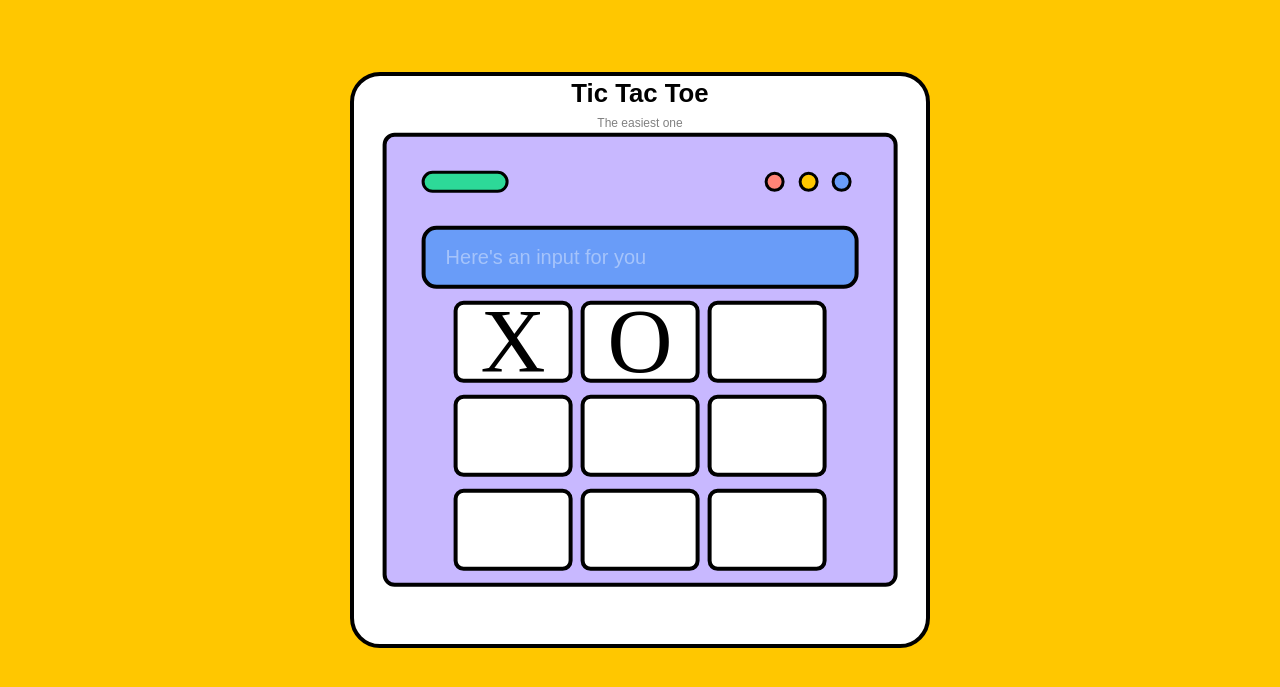
Repository: ThisIsSahaj/Js-Projects
Page: TIcTacToe/index.html
These files come from the project's save history. The page is drawn as it stood at one moment and after the next save; the edit follows.
The browser window is 1280 px wide. The pictures show the whole page.

Above is the page before, as saved 2024-05-04 10:13:14.

### TIcTacToe/index.html
<!DOCTYPE html>
<html lang="en">
<head>
    <meta charset="UTF-8">
    <meta http-equiv="X-UA-Compatible" content="IE=edge">
    <meta name="viewport" content="width=device-width, initial-scale=1.0">
    <title>Tic Tac Toe</title>
    <link rel="stylesheet" href="style.css">
    <link rel="stylesheet" href="https://cdnjs.cloudflare.com/ajax/libs/font-awesome/6.0.0/css/all.min.css" integrity="sha512-9usAa10IRO0HhonpyAIVpjrylPvoDwiPUiKdWk5t3PyolY1cOd4DSE0Ga+ri4AuTroPR5aQvXU9xC6qOPnzFeg==" crossorigin="anonymous" referrerpolicy="no-referrer" />

</head>
<body>


        <div class="phoneUi">

            <div class="notch">
              <h3>Tic Tac Toe</h3>
              <p>The easiest one</p>
            </div>

            <div class="screen" >

                <div class="screenHeader" >

                    <div class="greenBars">

                        <span  style="background-color: #2DD998;"></span>
                        <!-- <span  style="background-color: #FFC700;"></span>
                        <span  style="background-color: #FFC700;"></span> -->
                    </div>

                    <div class="circleDiv">
                       <span  style=" background-color: #FF8477;" ></span>
                       <span  style=" background-color: #FFC700;" ></span>
                       <span  style=" background-color: #699CF8;" ></span>
                    </div>

                </div>

                <div class="inputDiv">
                      <input type="text" placeholder="Here's an input for you" id="input" >
                </div>

                <div class="content scrollbar">
                    <div class="gameBox">
                       <button class="cell">X</button>
                       <button class="cell">O</button>
                       <button class="cell"></button>
                       <button class="cell"></button>
                       <button class="cell"></button>
                       <button class="cell"></button>
                       <button class="cell"></button>
                       <button class="cell"></button>
                       <button class="cell"></button>
                    </div>
                </div>

            </div>

        </div>
</body>

<script src="script.js"></script>
</html>

### TIcTacToe/style.css
/* COLOR PALETTE */

/*

yellow    #FFC700
red       #FF8477
green     #2DD998
blue      #699CF8
purple    #C8B8FF
orange    #EF4F1E

*/



*{
    margin: 0;
    padding: 0;
    box-sizing: border-box;
    outline: none;
    font-family: 'whyte', Arial, Helvetica, sans-serif;
}

body{
    background-color: #FFC700;
    display: flex;
    flex-wrap: wrap;
}



/* CURSORS */
html{
    cursor: url('/assets/images/PointerBody.png'), auto;
}

 button {
    cursor: url('/assets/images/PointerHover.png'), auto;
}

.notch p, h3, input {
    cursor: url('/assets/images/PointerText.png'), auto;

}





/* PHONE UI */
.phoneUi{
    border: 4px solid black;
    width: 580px;
    height: 80%;
    border-radius: 30px;
    background-color: white;
    position: absolute;
    top: 50%;
    left: 50%;
    transform: translate(-50%,-50%);
    text-align: center;
}

.notch{
    width: 100%;
    height: 10%;
    color: black;
    display: flex;
    flex-direction: column;
    align-items: center;
    justify-content: center;
    font-size: 22px;
    gap: 8px;
}

.notch p {
    color: grey;
    font-size: 12px;
}







/* SCREEN */
.screen{
    width: 90%;
    height: 80%;
    padding: 0px 35px;
    position: absolute;
    top: 50%;
    left: 50%;
    transform: translate(-50%,-50%);
    background-color: #C8B8FF;
    border: 4px solid black;
    color: black;
    border-radius: 12px;
    font-weight: bold;
}

.screenHeader {
    /* border: 2px solid green; */
    display: flex;
    justify-content: space-between;
    align-items: center;
    height: 20%;
}


.greenBars{
    width: 40%;
    display: flex;
    justify-content: start;
    gap: 10px;
}

.greenBars span {
    border-radius: 12px;
    border: 3px solid black;
    width: 50%;
    height: 22px;
 }

.circleDiv {
    display: flex;
    justify-content: space-around;
    width: 100px;
}

.circleDiv span {
    width: 20px;
    height: 20px;
    border-radius: 12px;
    border: 3px solid black;
}





/* INPUT FIELD */

.inputDiv{
    /* border: 2px solid green; */
    height: 14%;
}

input{
    width: 100%;
    height: 100%;
    border-radius: 15px;
    color: black;
    padding: 20px;
    font-size: 20px;
    background-color: #699CF8;
    border: 4px solid black;
}
::placeholder {
    color: white;
    opacity: 0.4;
  }





/* MAIN CONTENT */
.content{
    /* border: 2px solid green; */
    width: 100%;
    overflow: auto;
    height: 66%;
    padding: 0px 10px;
}

.gameBox{
    width: 100%;
    height: 100%;
    /* border: 2px solid green; */
    padding: 10px;
    display: flex;
    justify-content: center;
    align-items: center;
    flex-wrap: wrap;
    gap: 8px;

}
.cell{
    width: 30%;
    height: 30%;
    border: 4px solid black;
    background-color: white;
    border-radius: 10px;
    font-size: 90px;
    display: flex;
    justify-content: center;
    align-items: center;
    font-family: cursive
}





/* SCROLLBAR */
.scrollbar::-webkit-scrollbar {
    width: 12px;
}

.scrollbar::-webkit-scrollbar-track {
    background-color: transparent;
    border-radius: 8px;
}

.scrollbar::-webkit-scrollbar-thumb {
    background-color: white;
    border: 2px solid black;
    border-radius: 8px;
}






/* CLASSES HANDLED BY JS */

.error{
    animation: shake 0.1s linear 4;
}
@keyframes shake {
    0%{
        transform: translateX(0);
    }
    25%{
        transform: translateX(-2px);
    }
    50%{
        transform: translateX(0);
    }
    75%{
        transform: translateX(2px);
    }
    100%{
        transform: translateX(0);
    }
}






/* RESPONSIVE  */


@media (max-width: 648px)
{
    .phoneUi{
        width: 440px;
    }

}


@media (max-width: 475px)
{
    .screen{
        padding: 0px 10px;
    }
    .phoneUi{
        width: 340px;
    }
    .notch{
        font-size: 18px;
    }
    .notch p {
        color: grey;
        font-size: 10px;
    }

}

@media (max-height: 500px)
{
    .notch h3 {
        font-size: 14px;
    }
}

### TIcTacToe/script.js
const cells = document.querySelectorAll('.cell');

const winCombinations = [
    [0, 1, 2],
    [0, 3, 6],
    [0, 4, 8],
    [1, 4, 7],
    [2, 5, 8],
    [2, 4, 6],
    [3, 4, 5],
    [6, 7, 8],
];

const handleClick = (cell) => {
    console.log('clicked');
    cell.innerText = 'X'

}


cells.forEach((cell)=>{
    cell.addEventListener('click', handleClick);
})

After the next save:
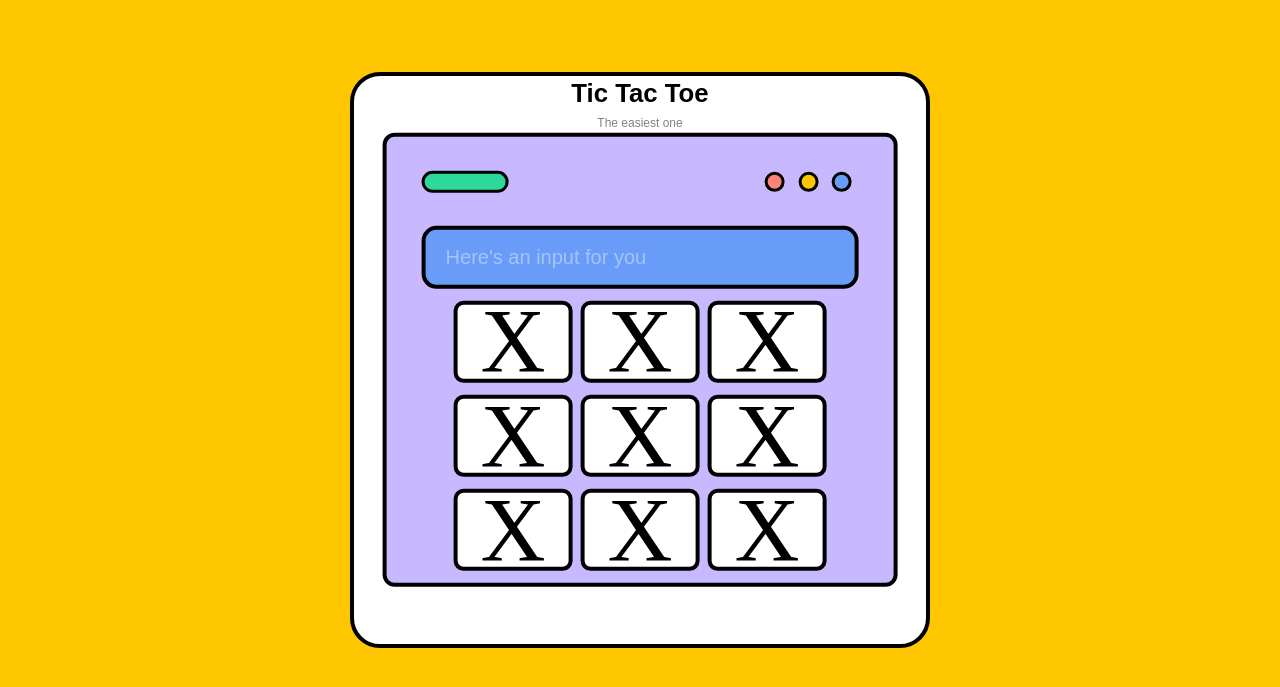
Saved 18 s later.
--- a/TIcTacToe/script.js
+++ b/TIcTacToe/script.js
@@ -19,5 +19,5 @@ const handleClick = (cell) => {
 
 
 cells.forEach((cell)=>{
-    cell.addEventListener('click', handleClick);
+    cell.addEventListener('click', handleClick(cell));
 })
